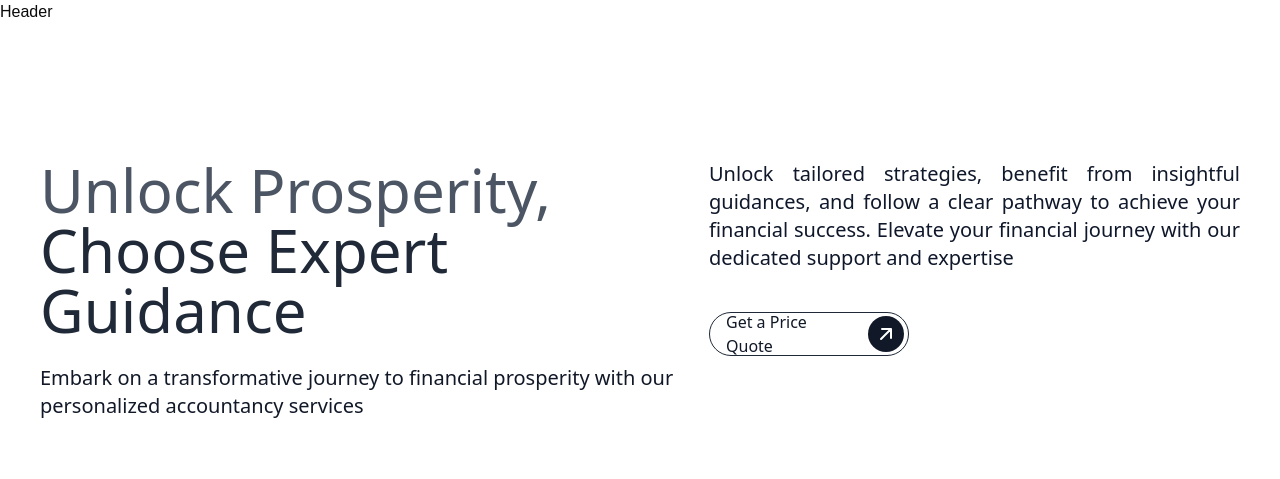
Repository: vespersolutionspk18/integrast-website
Page: /
An editor plug-in stored every save of this project. The page is shown before and after the next save, followed by the edit.
The browser window is 1280 px wide. The pictures show the whole page.
The project was rebuilt for these pictures with package versions that can differ from the ones it lists, and the page was loaded fresh each time. The framework's server and built-in components were replaced by stand-ins that run in the browser. Also part of the build but not shown: next.config.ts.

Above is the page before, as saved 2024-12-09 14:53:09.

After the next save:
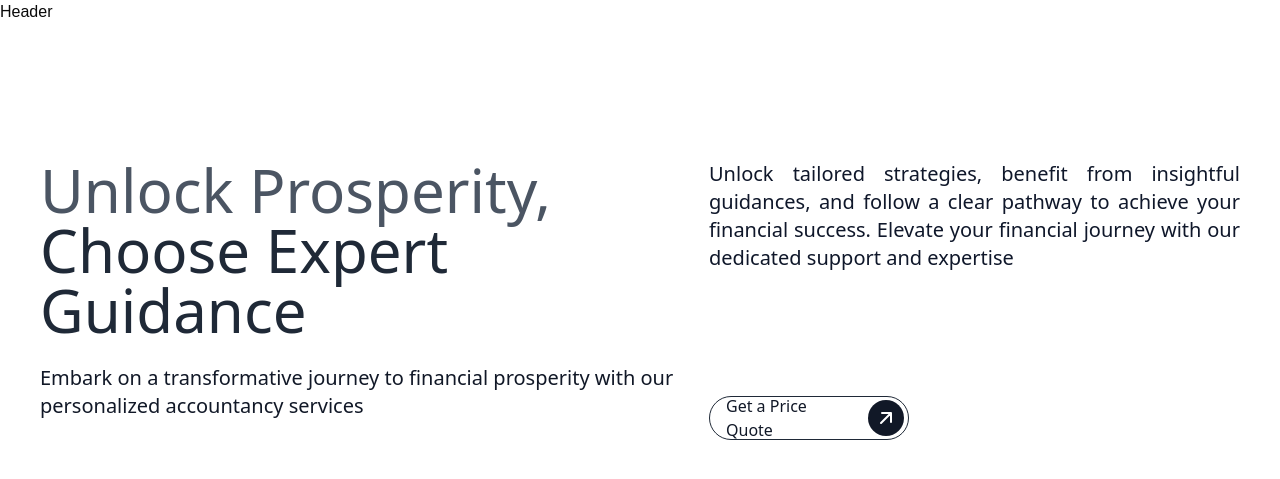
Saved 12 s later.
--- a/app/Hero.tsx
+++ b/app/Hero.tsx
@@ -8,7 +8,7 @@ const Hero = () => {
                 <h1 className="font-light font-sans text-6xl text-gray-600">Unlock Prosperity, <span className="text-gray-800">Choose Expert Guidance</span></h1>
                 <h4 className="text-xl font-sans text-gray-900 mt-6">Embark on a transformative journey to financial prosperity with our personalized accountancy services</h4>
             </div>
-            <div className="w-[45%] flex flex-col items-stretch ">
+            <div className="w-[45%] flex flex-col justify-between ">
                 <h4 className="text-xl text-justify font-sans text-slate-900">Unlock tailored strategies, benefit from insightful guidances, and follow a clear pathway to achieve your financial success. Elevate your financial journey with our dedicated support and expertise</h4>
                 <div className="flex flex-row gap-5 pt-10">
                 <div>
